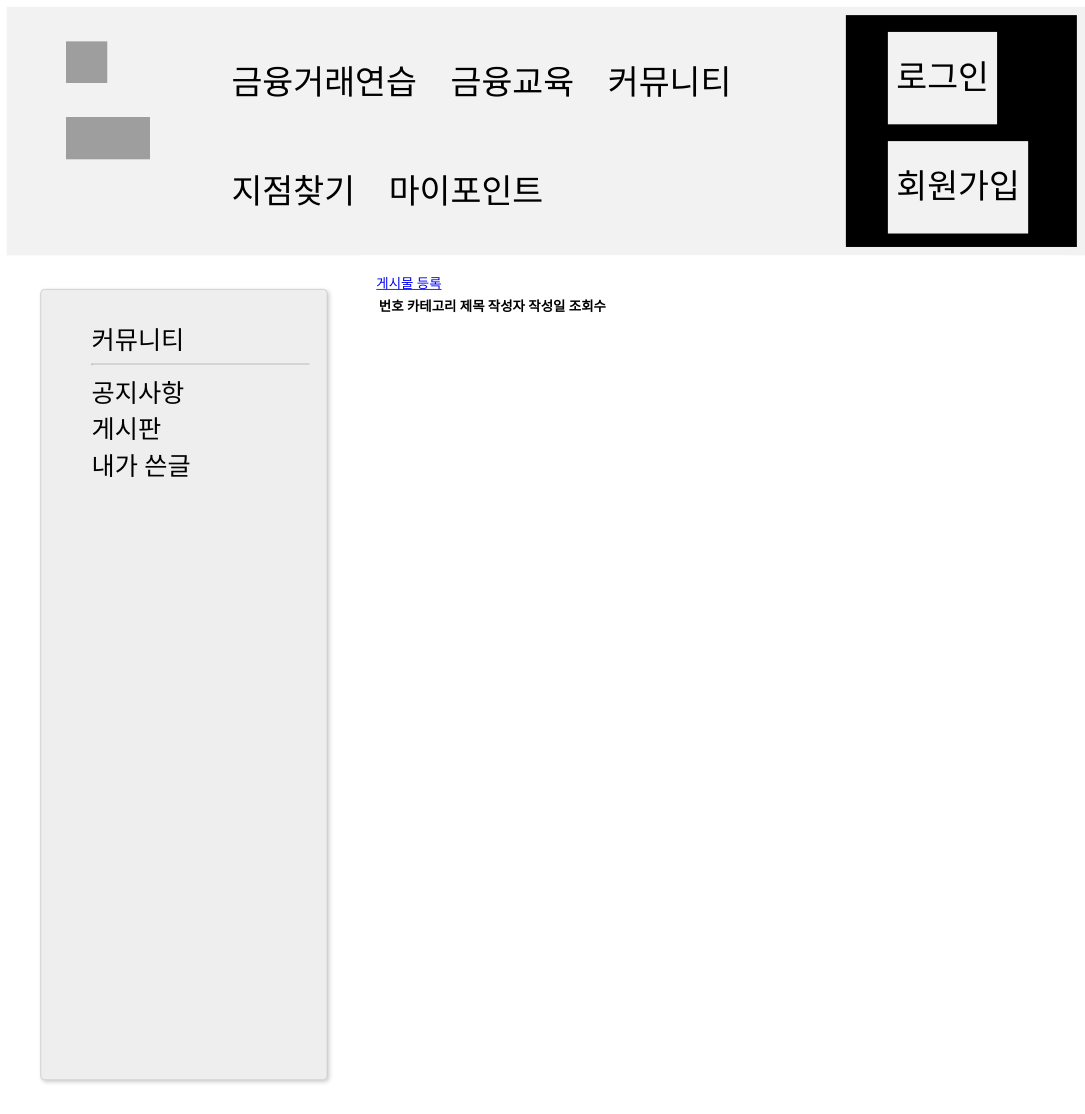
Repository: syc98syc/KB04_TeamProject
Page: http://localhost/jgig/WEB-INF/jsp/board/list.jsp
The author's editor kept a copy of each file at every save. The page is drawn from the files as they stood at one save, then again after the next save.
The browser window is 1280 px wide. The page is 1292 px wide, so the pictures cover 1292 px, including what lies to the right of the window. The pictures show the whole page, at 84% of full size.
Pictures or frames that could not be fetched are drawn as grey boxes. Some web fonts or font styles are not loaded; a fallback is used. The page is served by Tomcat 9. Nobody is signed in. The template is opened directly, without the code that normally fills it, so the values that code supplies are empty.

Above is the page before, as saved 2023-09-06 05:59:57.

After the next save:
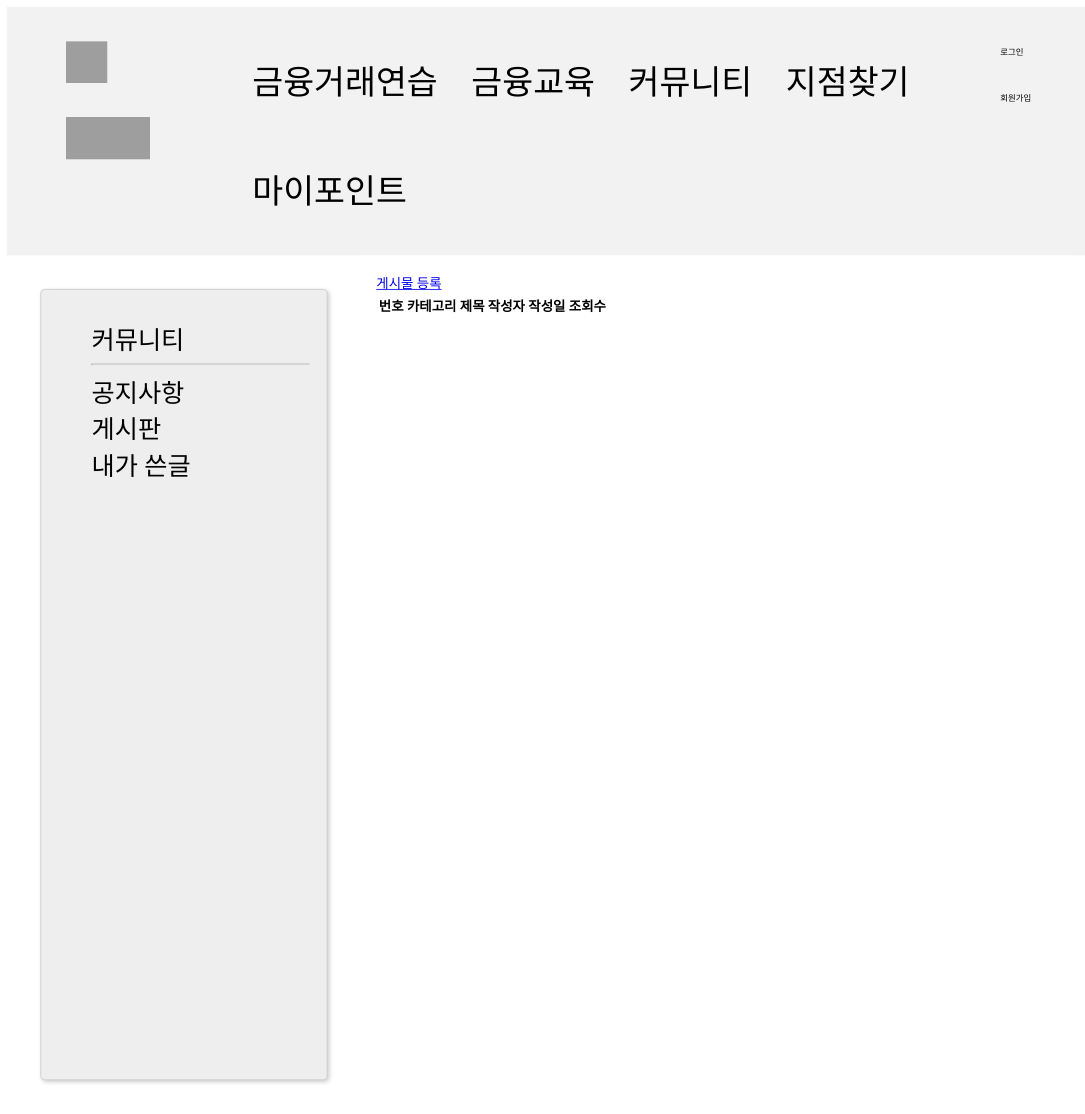
Saved 26 s later.
--- a/jgig/src/main/webapp/WEB-INF/jsp/include/top_navbar.jsp
+++ b/jgig/src/main/webapp/WEB-INF/jsp/include/top_navbar.jsp
@@ -51,9 +51,8 @@
 		line-height: 2.5;
 	}
 
-	#nav3{
+	#nav3 ul li{
 		font-size:10px;
-		background: #000;
 	}
 </style>
 </head>
